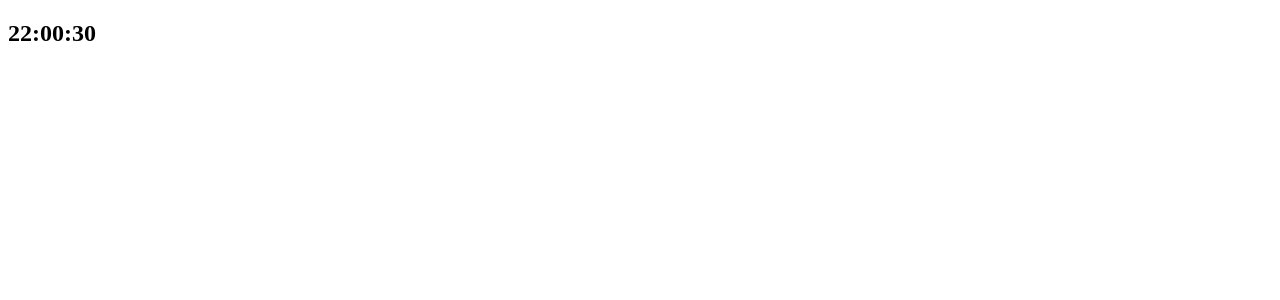
Repository: yoonanimous/ChromeApp
Page: index.html
The author's editor kept a copy of each file at every save. The page is drawn from the files as they stood at one save, then again after the next save.
The browser window is 1280 px wide. The pictures show the whole page.
Empty fields were first filled with sample values (such as "Sample", 5 or name@example.com).
After loading, the first visible `#login-form` was submitted once.

Above is the page before, as saved 2022-12-04 09:13:55.
Console error: ReferenceError: username is not defined

### index.html
<!DOCTYPE html>
<html lang="en">
	<head>
		<meta charset="UTF-8" />
		<meta http-equiv="X-UA-Compatible" content="IE=edge" />
		<meta name="viewport" content="width=device-width, initial-scale=1.0" />
		<title>Document</title>
		<link rel="stylesheet" href="style.css" />
		<script defer src="index.js"></script>
	</head>
	<body>
		<div>
			<h2 id="clock"></h2>
		</div>
		<form class="hidden" id="login-form">
			<input
				type="text"
				required
				maxlength="15"
				placeholder="What is your name?"
			/>
			<input type="submit" value="Log In" />
		</form>
		<h1 class="hidden" id="greeting"></h1>
	</body>
</html>

### index.js
const clock = document.querySelector("#clock");
const greeting = document.querySelector("#greeting");
const loginForm = document.querySelector("#login-form");
const loginInput = document.querySelector("#login-form input");

const HIDDEN_CLASSNAME = "hidden";
const USERNAME_KEY = "username";

function getClock() {
	const date = new Date();
	const hours = String(date.getHours()).padStart(2, "0");
	const minutes = String(date.getMinutes()).padStart(2, "0");
	const seconds = String(date.getSeconds()).padStart(2, "0");
	clock.innerText = `${hours}:${minutes}:${seconds}`;
}

getClock();
setInterval(getClock, 1000);

function onLoginSubmit(event) {
	event.preventDefault();
	loginForm.classList.add(HIDDEN_CLASSNAME);
	localStorage.setItem(USERNAME_KEY, username);
	paintGreetings();
}

function paintGreetings() {
	const username = localStorage.getItem(USERNAME_KEY);
	greeting.innerText = `Hello ${username}`;
	greeting.classList.remove(HIDDEN_CLASSNAME);
}

const savedUsername = localStorage.getItem(USERNAME_KEY);

if (savedUsername === null) {
	loginForm.classList.remove(HIDDEN_CLASSNAME);
	loginForm.addEventListener("submit", onLoginSubmit);
} else {
	paintGreetings();
}

Loaded but not shown: style.css (common file)

After the next save:
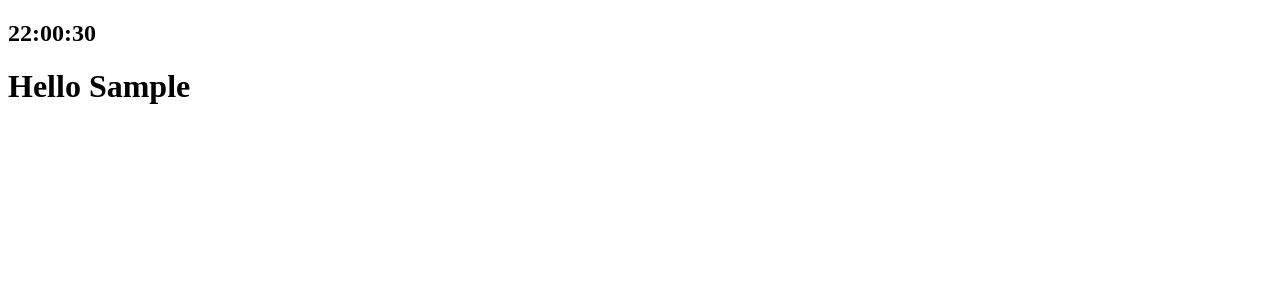
The error is gone.
Saved 59 s later.
--- a/index.js
+++ b/index.js
@@ -20,6 +20,7 @@ setInterval(getClock, 1000);
 function onLoginSubmit(event) {
 	event.preventDefault();
 	loginForm.classList.add(HIDDEN_CLASSNAME);
+	const username = loginInput.value;
 	localStorage.setItem(USERNAME_KEY, username);
 	paintGreetings();
 }
